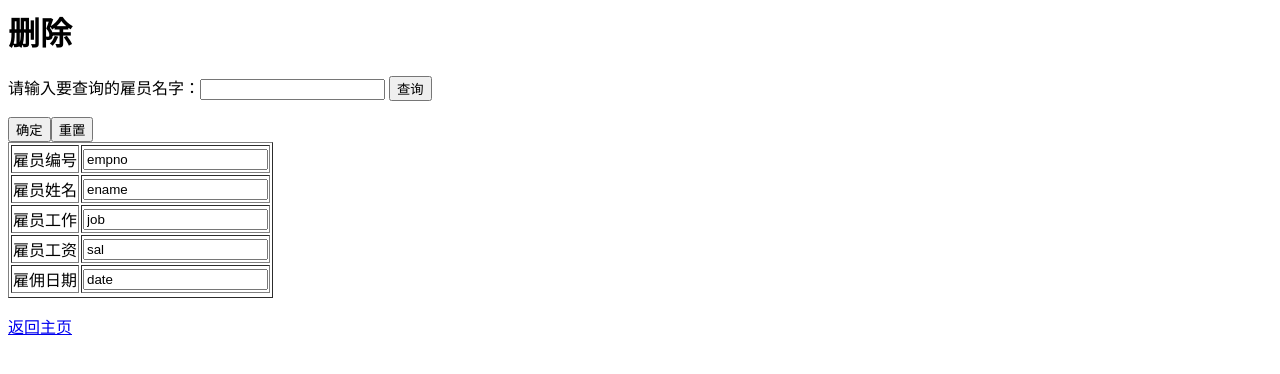
Repository: wikelgc/JSP
Page: http://localhost/yuangong/emp_update.jsp
These files come from the project's save history. The page is drawn as it stood at one moment and after the next save; the edit follows.
The browser window is 1280 px wide. The pictures show the whole page.
The page is served by Tomcat 9. Queries for data that is not in the repository find no rows.

Above is the page before, as saved 2015-06-05 13:56:58.

After the next save:
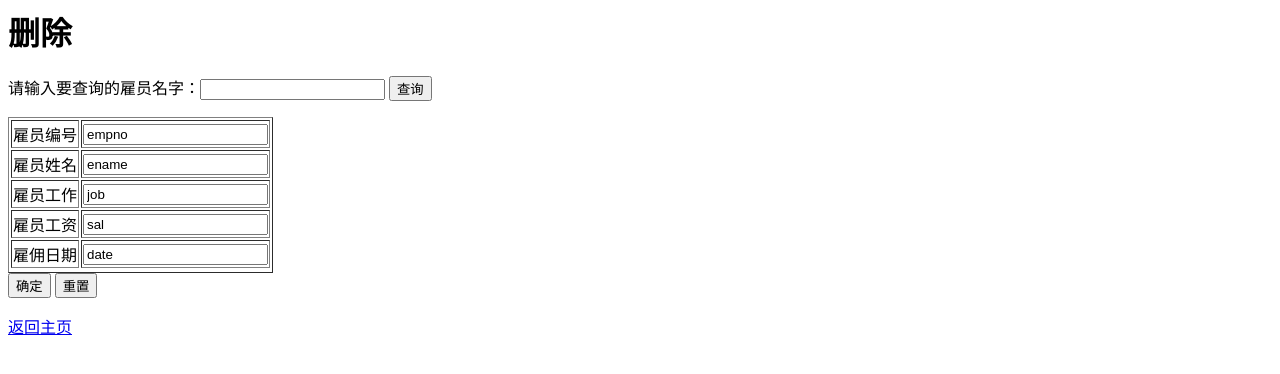
Saved 2 min 29 s later.
--- a/yuangong/WebRoot/emp_update.jsp
+++ b/yuangong/WebRoot/emp_update.jsp
@@ -82,11 +82,11 @@ try{
 		<td>雇佣日期</td> <td><input type = "text" value = date name="date"></td>
 	</tr>
 	<tr>
+
+	</tr>
+</table>
 	<input type="submit" value="确定">
 	<input type="reset" value="重置">
-	</tr>
-</table>
-
 </form>
 
 <a href="index.jsp">返回主页</a>
